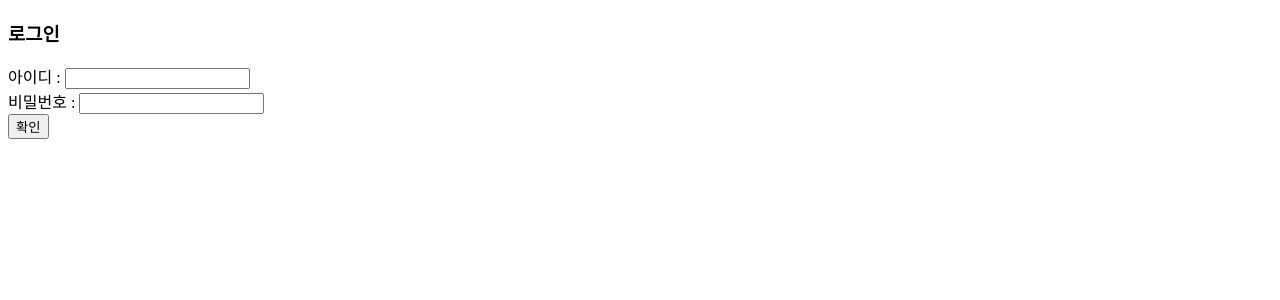
Repository: yujisu01/2021_504_java
Page: http://localhost/bizpoll/login.jsp
The author's editor kept a copy of each file at every save. The page is drawn from the files as they stood at one save, then again after the next save.
The browser window is 1280 px wide. The pictures show the whole page.
The page is served by Tomcat 9. Other server files are loaded and not shown.

Above is the page before, as saved 2021-04-20 05:06:37.

### bizpoll/WebContent/login.jsp
<%@ page language="java" contentType="text/html; charset=UTF-8"
    pageEncoding="UTF-8"%>
<!DOCTYPE html>
<html>
<head>
<meta charset="UTF-8">
<title>Login</title>
</head>
<body>
<h3>로그인</h3>
<form action="#" name="register" onsubmit="return registerCheck();">
아이디 :  <input type="text" id="irum" name="irum"><br>
비밀번호 : <input type="password" id="password" name="password"><br>
<input type="submit" value="확인">
</body>
</html>

After the next save:
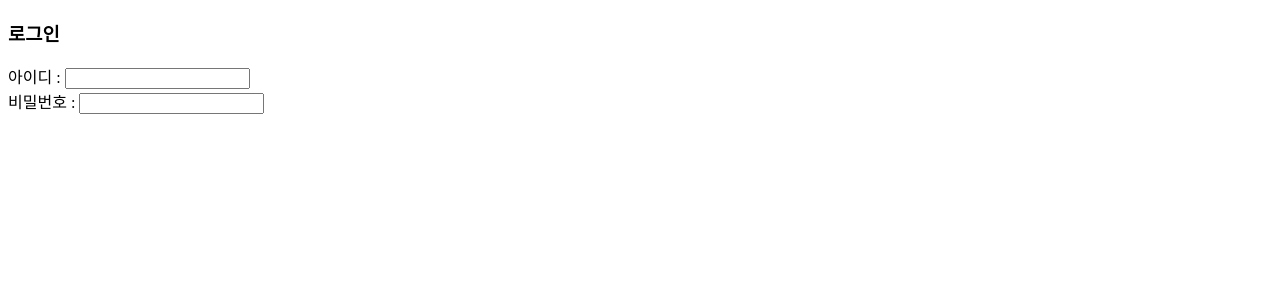
Saved 6 s later.
--- a/bizpoll/WebContent/login.jsp
+++ b/bizpoll/WebContent/login.jsp
@@ -11,6 +11,6 @@
 <form action="#" name="register" onsubmit="return registerCheck();">
 아이디 :  <input type="text" id="irum" name="irum"><br>
 비밀번호 : <input type="password" id="password" name="password"><br>
-<input type="submit" value="확인">
+
 </body>
 </html>
